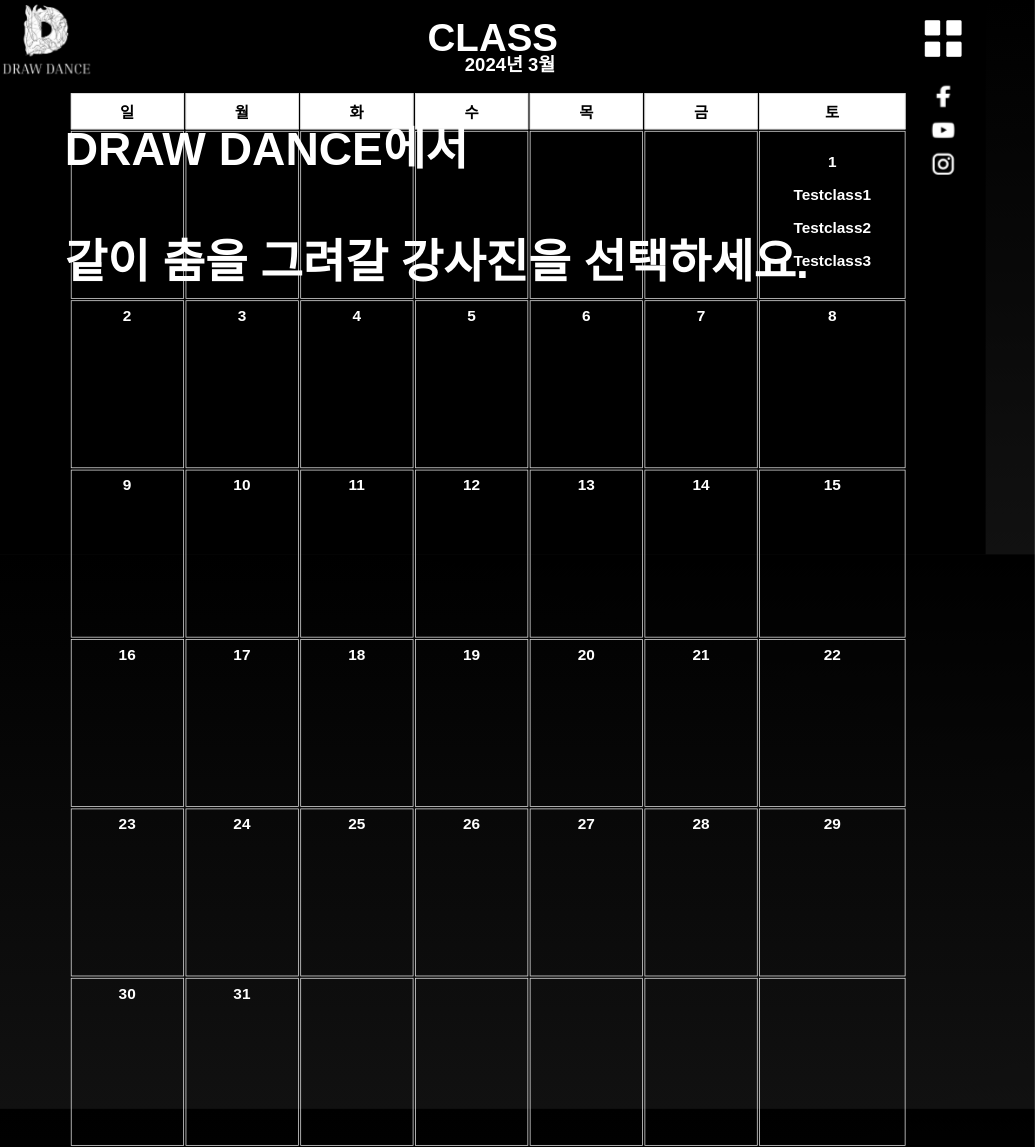
Repository: seonghun9906/semiProject
Page: http://localhost/drawAcademy/WEB-INF/views/Class/classpage.jsp
These files come from the project's save history. The page is drawn as it stood at one moment and after the next save; the edit follows.
The browser window is 1280 px wide. The page is 1344 px wide, so the pictures cover 1344 px, including what lies to the right of the window. The pictures show the whole page, at 77% of full size.
The page is served by Tomcat 9. Nobody is signed in. Other server files are loaded and not shown. The template is opened directly, without the code that normally fills it, so the values that code supplies are empty.

Above is the page before, as saved 2024-02-28 02:08:52.

### drawAcademy/src/main/webapp/WEB-INF/views/Class/classpage.jsp
<%@ page language="java" contentType="text/html; charset=UTF-8"
   pageEncoding="UTF-8"%>
<%@ taglib uri="http://java.sun.com/jsp/jstl/core" prefix="c"%>
<!DOCTYPE html>
<html>
<head>
<meta charset="UTF-8">
<title>수강신청 사이트</title>
<link rel="stylesheet" href="resources/css/classpage.css">
<script src="https://code.jquery.com/jquery-3.7.1.min.js"
   integrity="sha256-/JqT3SQfawRcv/BIHPThkBvs0OEvtFFmqPF/lYI/Cxo="
   crossorigin="anonymous"></script>

</head>
<body>
   <div class="bodyMain">
      <div class="title">
         CLASS
      </div>
      <div class="middle-part">
         <p>DRAW DANCE에서</p>
         <p>같이 춤을 그려갈 강사진을 선택하세요.</p>
      </div>
      <div class="headerMenu">
         <button class="Home-btn" onclick="location.href='./'">
            <img src="resources/images/lg.png" class="logo">
         </button>
      </div>
      <div id="menu-container">
         <img src="resources/images/menu.png" id="menuButton">
         <div id="rectangle">
            <br> <br>
            <button class="Home-btn" onclick="location.href='./'">
               <p>HOME</p>
            </button>
            <br> <br> <br>
            <button class="ABOUT-btn" onclick="location.href='./about'">
               <p>ABOUT</p>
            </button>
            <br> <br> <br>
            <button class="INSTRUCTORS-btn"
               onclick="location.href='./instructors'">
               <p>INSTRUCTORS</p>
            </button>
            <br> <br> <br>
            <button class="CLASS-btn" onclick="location.href='./classpage'">
               <p>CLASS</p>
            </button>
             <br> <br> <br>
              <button class="CONTACT-btn" onclick="location.href='./qboard'">
               <p>FAQ</p>
            </button>
            <br> <br> <br> <br> <br> <br> <br>
            <div class="smallWord">
               <button id="loginBtn" class="LOGIN-btn"
                  onclick="location.href='./login'">
                  <small>LOGIN</small>
               </button>
               <form id="logoutForm" action="logout" method="get">
                  <button class="LOGIN-btn" onclick="location.href='./'">
                     <small>LOGOUT</small>
                  </button>
               </form>
               <button id="signupBtn" class="SIGNUP-btn"
                  onclick="location.href='./signUp'">
                  <small>SIGN UP</small>
               </button>
               <button id="myPage" class="MYPAGE-btn"
                  onclick="location.href='./mypage'">
                  <small>MY PAGE</small>
               </button>
            </div>
            <br> <br>
            <div id="icon-container2">
               <a href="https://www.facebook.com"> <img
                  src="resources/images/facebookIcon.png" class="facebook">
               </a> <a href="https://www.youtube.com"> <img
                  src="resources/images/youtubeIcon.png" class="youtube">
               </a> <a href="https://www.instagram.com"> <img
                  src="resources/images/instagramIcon.png" class="instagram">
               </a>
            </div>
         </div>
      </div>
      <div id="icon-container">
         <a href="https://www.facebook.com"> <img
            src="resources/images/facebookIcon.png" class="facebook">
         </a> <a href="https://www.youtube.com"> <img
            src="resources/images/youtubeIcon.png" class="youtube">
         </a> <a href="https://www.instagram.com"> <img
            src="resources/images/instagramIcon.png" class="instagram">
         </a>
      </div>
     <!--  <div class="instructor-container">
         <div class="instructor1">
            <a href="class1"> <img src="resources/images/강사 프로필 사진.PNG"
               alt="강사1">
            </a>
         </div>
         <div class="instructor2">
            <a href="class2"> <img src="resources/images/강사 프로필 사진.PNG"
               alt="강사2">
            </a>
         </div>
         <div class="instructor3">
            <a href="class3"> <img src="resources/images/강사 프로필 사진.PNG"
               alt="강사3">
            </a>
         </div>
      </div>
       -->


   <div class = cal>
	<h2>2024년 3월</h2>
	<table>
    	<thead>
        <tr>
            <th>일</th>
            <th>월</th>
            <th>화</th>
            <th>수</th>
            <th>목</th>
            <th>금</th>
            <th>토</th>
        </tr>
    </thead>
    <tbody>
        <tr>
            <td></td>
            <td></td>
            <td></td>
            <td></td>
            <td></td>
            <td></td>
            <td>
            <p>1</p>
            <p><a href="class1" class="Testclass">Testclass1</a></p>
            <p><a href="class2" class="Testclass">Testclass2</a></p>
            <p><a href="class3" class="Testclass">Testclass3</a></p>
            </td>
        </tr>
        <tr>
            <td>2</td>
            <td>3</td>
            <td>4</td>
            <td>5</td>
            <td>6</td>
            <td>7</td>
            <td>8</td>
        </tr>
        <tr>
            <td>9</td>
            <td>10</td>
            <td>11</td>
            <td>12</td>
            <td>13</td>
            <td>14</td>
            <td>15</td>
        </tr>
        <tr>
            <td>16</td>
            <td>17</td>
            <td>18</td>
            <td>19</td>
            <td>20</td>
            <td>21</td>
            <td>22</td>
        </tr>
        <tr>
            <td>23</td>
            <td>24</td>
            <td>25</td>
            <td>26</td>
            <td>27</td>
            <td>28</td>
            <td>29</td>
        </tr>
        <tr>
            <td>30</td>
            <td>31</td>
            <td></td>
            <td></td>
            <td></td>
            <td></td>
            <td></td>
        </tr>
    </tbody>
</table>
</div>

</div><!-- bodymain -->


</body>
<script>
   var rectangle = document.getElementById('rectangle');
   var menuButton = document.getElementById('menuButton');
   var iconContainer = document.getElementById('icon-container');
   var isRectangleVisible = false; // rectangle의 초기 상태를 정의 - 첫 메뉴 클릭 때 실행되지 않는 현상 해결

   menuButton.addEventListener('click', function() {
      if (!isRectangleVisible) {
         rectangle.style.display = 'block';
         iconContainer.style.display = 'none'; //메뉴 창이 나오면서 iconcontainer 사라지기
         isRectangleVisible = true; // rectangle이 보이는 상태로 설정
      } else {
         rectangle.style.display = 'none';
         iconContainer.style.display = 'flex';
         isRectangleVisible = false; // rectangle이 숨겨진 상태로 설정
      }
   });
</script>
<script>

document.addEventListener("DOMContentLoaded", function() {
  var loginBtn = document.getElementById("loginBtn");
  var logoutForm = document.getElementById("logoutForm");
  var signupBtn = document.getElementById("signupBtn");
  var myPageBtn = document.getElementById("myPage");

  var loggedInMember = '<%=session.getAttribute("login")%>';

      console.log("세션에 저장된 값: " + loggedInMember);
      // 여기서 로그인 여부를 확인하고 그에 따라 버튼을 표시하거나 숨깁니다.
      var isLoggedIn = loggedInMember !== 'null' && loggedInMember !== '';

      if (isLoggedIn) {
         loginBtn.style.display = "none";
         logoutForm.style.display = "block";
         signupBtn.style.display = "none";
         myPageBtn.style.display = "block";
      } else {
         loginBtn.style.display = "block";
         logoutForm.style.display = "none";
         signupBtn.style.display = "block";
         myPageBtn.style.display = "none";
      }
   });
</script>
<script>
   console.log("classLimitB 값: ${classLimitB}");
</script>
</html>

### drawAcademy/src/main/webapp/resources/css/classpage.css
html {
   height: 100%;
}

body {
   margin: 0;
   padding: 0;
   font-family: sans-serif;
   background: linear-gradient(#000000, #111111);
}

h2{
	color : white;
	font-weight: bold;
	margin-left : 47.25%;
}
 		.cal {
         table-layout: fixed;
         width: 85%;
         border-collapse: collapse;
         color : white;
         margin-top : 5%;
         margin-left : 7%;
        }


        th, td {
            border: 1px solid #ddd;
            padding: 8px;
            text-align: center;

        }

        th {
            background-color: #ffffff;
            color : black;
            font-weight: bold;
            font-size:20px;
        }

        td {
       		width : 255px;
        	height : 200px;
            cursor: pointer;
            color : white;
            text-align: center;
            vertical-align: top;
            font-size: 20px;
 		font-weight: bold;
        }

        td:hover {
            background-color: white;
            color : black;

        }

          td:hover a {
            background-color: white;
            color : black;

        }

 .Testclass{
 	color: white;
        text-decoration: none;
 	font-size: 20px;
 	font-weight: bold;
 }

.bodyMain {
   position: absolute;
   background-color: #000000;
   top: 0;
   left: 0;
   bottom: 0;
   right: 0;
   width: 100%;
   height: 100%;
}

.title {
   width: 100%; /* 컨테이너의 너비를 화면 전체로 설정 */
   position: absolute; /* 화면 아래에 고정시킵니다. */
   text-align: center; /* 내부 텍스트를 가운데 정렬합니다. */
   padding: 20px; /* 내부 여백 설정 (예시) */
   box-sizing: border-box; /* 패딩이 포함된 전체 너비/높이 계산 */
   color: #ffffff;
   font-size: 50px;
   font-weight: bold;
}

.middle-part {
   width: 100%; /* 컨테이너의 너비를 화면 전체로 설정 */
   position: absolute; /* 화면 아래에 고정시킵니다. */
   text-align: left; /* 내부 텍스트를 가운데 정렬합니다. */
   padding: 20px; /* 내부 여백 설정 (예시) */
   box-sizing: border-box; /* 패딩이 포함된 전체 너비/높이 계산 */
   color: #ffffff;
   font-size: 60px;
   font-weight: bold;
   margin: 5%;
}

.headerMenu .Home-btn {
   position: fixed;
   background: none;
   border: none;
   padding: 0;
   cursor: pointer;
   width: auto; /* 이미지 크기에 맞게 자동으로 조정됨 */
   z-index: 9999;
}

.headerMenu .logo {
   width: 120px; /* 이미지가 버튼 내에서 꽉 차도록 설정 */
   height: auto; /* 이미지의 가로 세로 비율을 유지하면서 버튼에 맞게 조정 */
}

.facebook {
   width: 20px;
   height: 30px;
   z-index: 9999;
}

.youtube {
   width: 30px;
   height: 20px;
   z-index: 9999;
}

.instagram {
   width: 30px;
   height: 30px;
   z-index: 9999;
}

#menu-container {
   position: relative;
   z-index: 9999;
}

#menuButton {
   cursor: pointer;
   position: fixed;
   top: 25px;
   right: 30px; /* 오른쪽으로 이동 */
   display: flex;
   width: 50px;
   height: 50px;
   z-index: 9999;
}

#icon-container {
   position: fixed;
   top: 110px;
   right: 40px;
   display: flex;
   flex-direction: column; /* 세로 방향으로 아이콘을 나열 */
   align-items: center; /* 아이콘을 수직 중앙으로 정렬 */
   gap: 15px; /* 아이콘 사이의 간격 설정 */
   z-index: 9998;
}

#rectangle {
   /* 처음엔 숨겨져 있음 */
   position: fixed;
   top: 110px; /* toggleButton 바로 아래 위치 */
   right: 30px; /* menuButton과 같게 */
   width: 10.5%;
   min-height: 200px;
   color: black;
   background-color: black;
   display: none;
   border: 2px solid white;
   background-color: black;
   z-index: 9999;
}

#rectangle button {
   cursor: pointer;
   background-color: black;
   border: none;
   padding: 0.5em 0.5em; /* 위아래 0.5em, 좌우 1em으로 설정하여 버튼 크기를 내용에 맞게 조정 */
   color: white;
   font-size: 23px;
   gap: 15px;
}

#rectangle p {
   color: white;
   text-align: left;
   font-size: 24px;
   text-decoration: underline; /* 밑줄 */
   margin: 0px;
}

.smallWord {
   color: white;
   margin: 10px;
}

#icon-container2 {
   position: relative;
   right: -30px;
   display: flex;
   margin-bottom: 30px;
   flex-direction: row; /* 가로 방향으로 아이콘을 나열 */
   align-items: center; /* 아이콘을 수직 중앙으로 정렬 */
   gap: 15px; /* 아이콘 사이의 간격 설정 */
   z-index: 9998;
}

.instructor-container {
   width: 100%;
   position: fixed;
   bottom: 0;
   padding: 20px;
   display: flex;
   justify-content: space-around;
   flex-direction: row;
   box-sizing: border-box;
}

.instructor-container img {
   width: 200px;
   height: 200px;
}

After the next save:
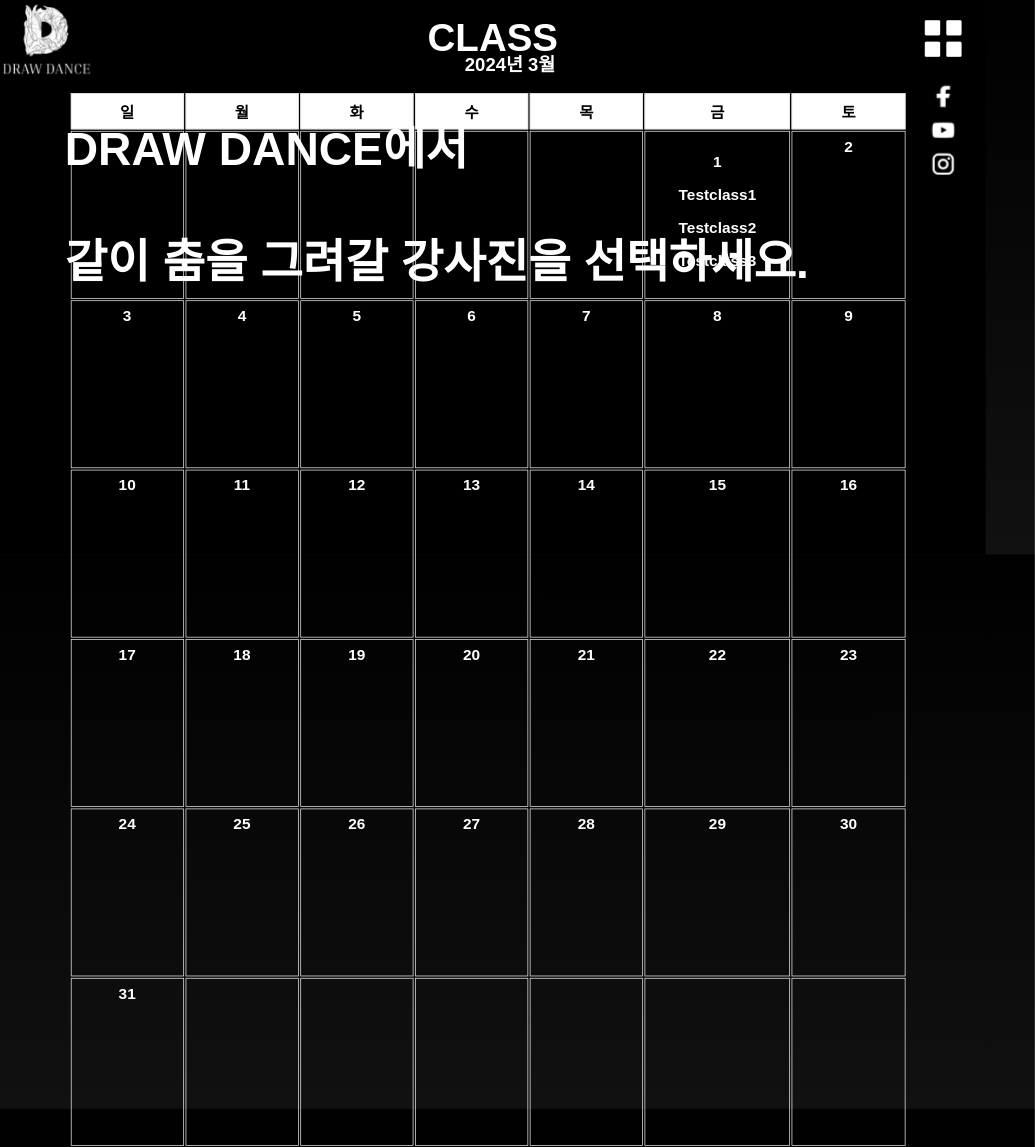
Saved 7 min 20 s later.
--- a/drawAcademy/src/main/webapp/WEB-INF/views/Class/classpage.jsp
+++ b/drawAcademy/src/main/webapp/WEB-INF/views/Class/classpage.jsp
@@ -132,53 +132,51 @@
             <td></td>
             <td></td>
             <td></td>
-            <td></td>
-            <td>
-            <p>1</p>
+            <td>  <p>1</p>
             <p><a href="class1" class="Testclass">Testclass1</a></p>
             <p><a href="class2" class="Testclass">Testclass2</a></p>
-            <p><a href="class3" class="Testclass">Testclass3</a></p>
-            </td>
-        </tr>
-        <tr>
+            <p><a href="class3" class="Testclass">Testclass3</a></p></td>
             <td>2</td>
+        </tr>
+        <tr>
             <td>3</td>
             <td>4</td>
             <td>5</td>
             <td>6</td>
             <td>7</td>
             <td>8</td>
-        </tr>
-        <tr>
             <td>9</td>
+        </tr>
+        <tr>
             <td>10</td>
             <td>11</td>
             <td>12</td>
             <td>13</td>
             <td>14</td>
             <td>15</td>
-        </tr>
-        <tr>
             <td>16</td>
+        </tr>
+        <tr>
             <td>17</td>
             <td>18</td>
             <td>19</td>
             <td>20</td>
             <td>21</td>
             <td>22</td>
-        </tr>
-        <tr>
             <td>23</td>
+        </tr>
+        <tr>
             <td>24</td>
             <td>25</td>
             <td>26</td>
             <td>27</td>
             <td>28</td>
             <td>29</td>
-        </tr>
-        <tr>
             <td>30</td>
+        </tr>
+        <tr>
             <td>31</td>
+            <td></td>
             <td></td>
             <td></td>
             <td></td>
